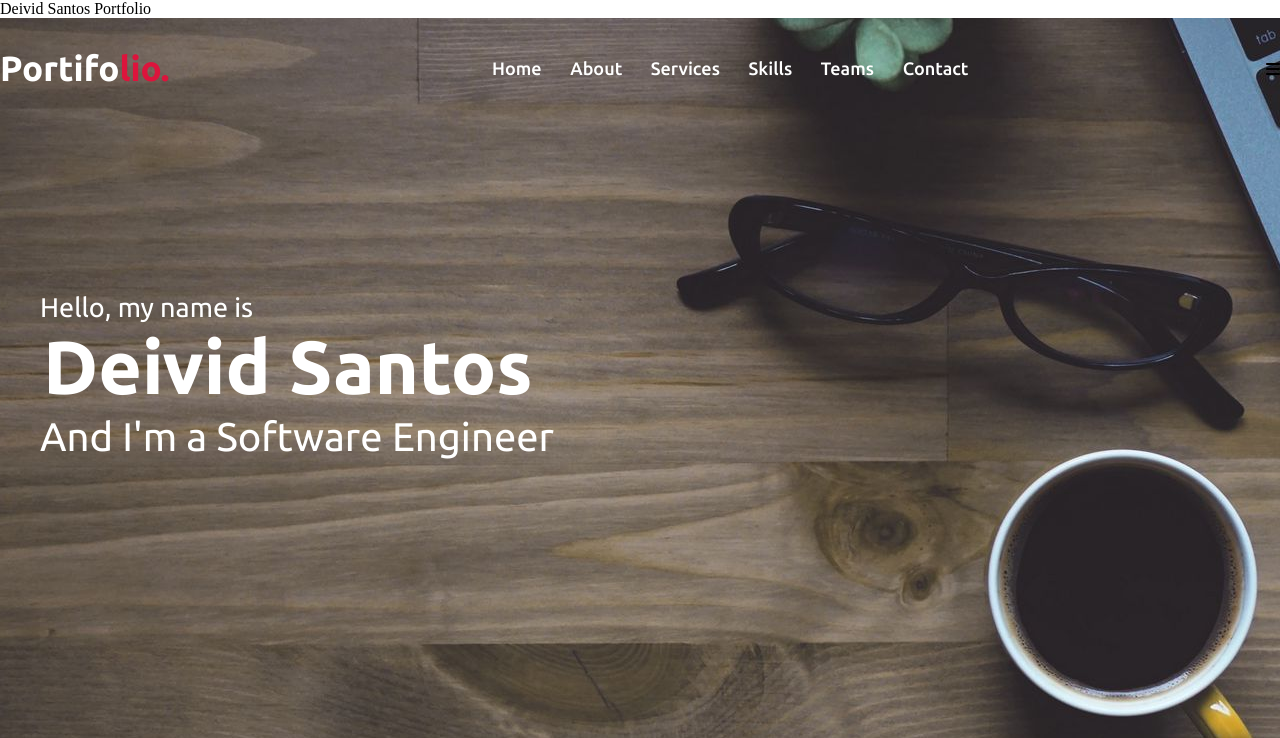
Repository: deividwsantoss/portfolio
Page: index.html
These files come from the project's save history. The page is drawn as it stood at one moment and after the next save; the edit follows.
The browser window is 1280 px wide. The pictures show the whole page.
Some web libraries are served in a nearby version.

Above is the page before, as saved 2021-03-01 20:32:25.

### index.html
<!DOCTYPE html>
<html lang="en">
    <head>
        <meta charset="UTF-8">
        <meta name="viewport" content="width=device-width, initial-scale=1.0">
        <tile>Deivid Santos Portfolio</tile>
        <link rel="stylesheet" href="/Content/style.css">
        <script src="https://kit.fontawesome.com/a076d05399.js"></script>
    </head>
<body>
    <nav class="navbar">
        <div class="max-width">
            <div class="logo"><a href="#">Portifo<span>lio.</span></a></div>
            <ul class="menu">
                <li><a href="#home" class="menu-btn">Home</a></li>
                <li><a href="#about" class="menu-btn">About</a></li>
                <li><a href="#services" class="menu-btn">Services</a></li>
                <li><a href="#skills" class="menu-btn">Skills</a></li>
                <li><a href="#teams" class="menu-btn">Teams</a></li>
                <li><a href="#contact" class="menu-btn">Contact</a></li>
            </ul>
            <div class="menu-btn">
                <i class="fas fa-bars"></i>
            </div>
        </div>
    </nav>

    <!-- Home Section Start -->
    <section class="home" id="home">
        <div class="max-width">
            <div class="home-content">
                <div class="text-1">Hello, my name is </div>
                <div class="text-2">Deivid Santos</div>
                <div class="text-3">And I'm a <span>Software Engineer</span></div>
            </div>
        </div>
    </section>

</body>
</html>

### Content/style.css
@import url('https://fonts.googleapis.com/css2?family=Poppins:wght@400;500;600;700&family=Ubuntu:wght@400;500;700&display=swap');

*{
    margin: 0;
    padding: 0;
    box-sizing: border-box;
    text-decoration: none;
}
/* Navbar styling */
.navbar{
    position: fixed;
    width: 100%;
    z-index: 999;
    padding: 30px 0;
    font-family: 'Ubuntu', sans-serif;
    transition: all 0.3s ease;
}
.navbar.sticky{
    padding: 15px 0;
    background: crimson;
}
.navbar .max-width{
    display: flex;
    align-items: center;
    justify-content: space-between;
}
.navbar .logo a{
    color: #fff;
    font-size: 35px;
    font-weight: 600;
}
.navbar .logo a span{
    color: crimson;
    transition: all 0.3s ease;
}
.navbar.sticky .logo a span{
    color: #fff;
}
.navbar .menu li{
    list-style: none;
    display: inline-block;
}
.navbar .menu li a{
    display: block;
    color: #fff;
    font-size: 18px;
    font-weight: 500;
    margin-left: 25px;
    transition: color 0.3s ease;
}
.navbar .menu li a:hover{
    color: crimson;
}
.navbar.sticky .menu li a:hover{
    color: #fff;
}
/* Home Section Styling */

.home{
    display: flex;
    background: url("/images/banner.jpg") no-repeat center;
    height: 100vh;
    color: #fff;
    min-height: 500px;
    font-family: 'Ubuntu', sans-serif;
}
.home .max-width{
    margin: auto 0 auto 40px;
}
.home .home-content .text-1{

    font-size: 27px;
}
.home .home-content .text-2{

    font-size:  75px;
    font-weight: 600;
    margin-left: 3px;
}
.home .home-content .text-3{

    font-size:  40px;
    margin: 5px 0;
}
.home .home-content .text-3 .span{

   color: crimson;
   font-weight: 500;

}

After the next save:
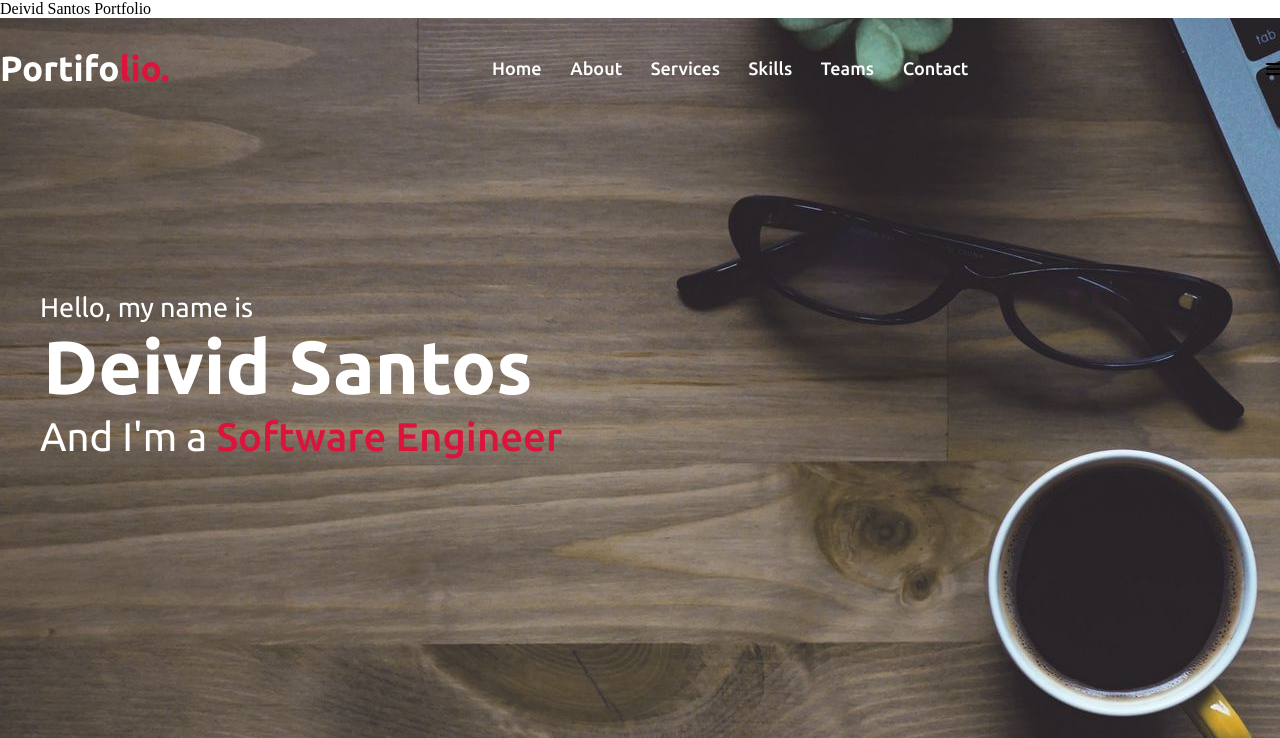
Saved 83 s later.
--- a/Content/style.css
+++ b/Content/style.css
@@ -82,7 +82,7 @@
     font-size:  40px;
     margin: 5px 0;
 }
-.home .home-content .text-3 .span{
+.home .home-content .text-3 span{
 
    color: crimson;
    font-weight: 500;
